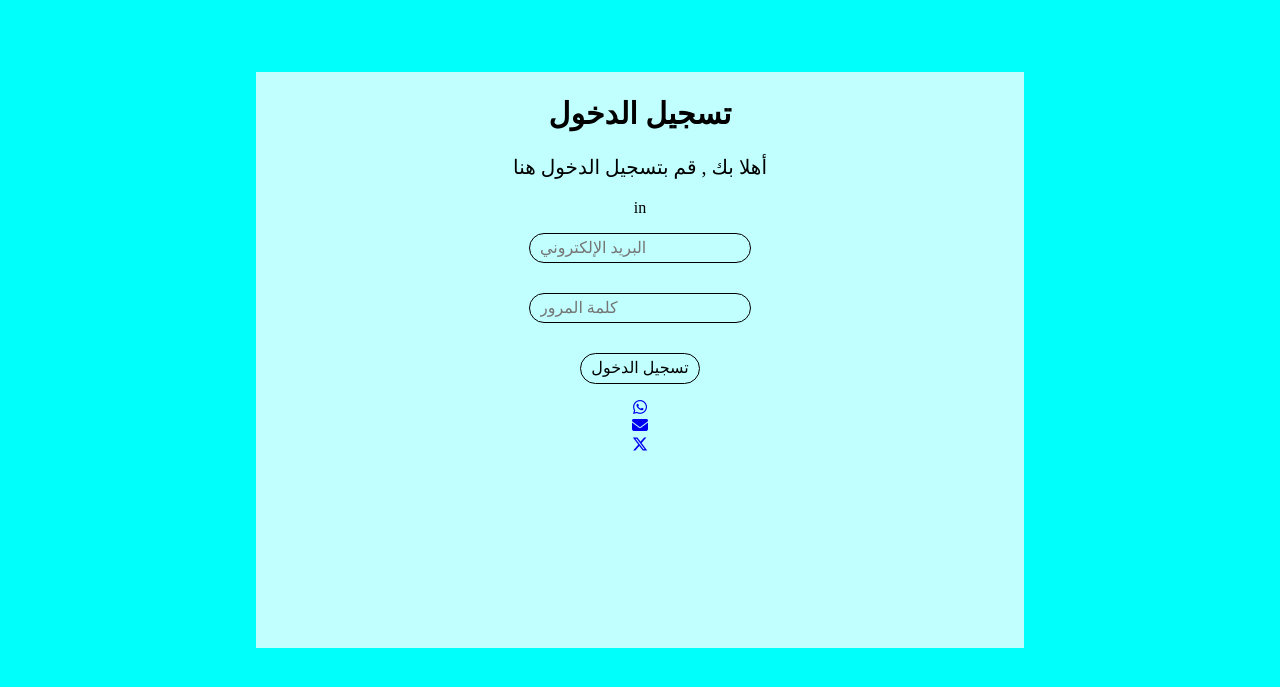
Repository: FaisalFahed/login-page
Page: html/صفحة تسجيل دخول.html
These files come from the project's save history. The page is drawn as it stood at one moment and after the next save; the edit follows.
The browser window is 1280 px wide. The pictures show the whole page.
Some web fonts or font styles are not loaded; a fallback is used.

Above is the page before, as saved 2025-04-01 08:32:37.

### html/صفحة تسجيل دخول.html
<!DOCTYPE html>
<html lang="en">
<head>
    <meta charset="UTF-8">
    <meta name="viewport" content="width=device-width, initial-scale=1.0">
    <link rel="stylesheet" href="css/normlaize.css">
    <link rel="stylesheet" href="../css/صفحة تسجيل دخول.css">
    <!-- Font Awesome -->
    <link rel="stylesheet" href="../css/all.min.css">
    <!-- Google Fonts -->
    <link rel="preconnect" href="https://fonts.googleapis.com">
    <link rel="preconnect" href="https://fonts.gstatic.com" crossorigin>
    <link href="https://fonts.googleapis.com/css2?family=Markazi+Text:wght@400..700&display=swap" rel="stylesheet">
    <title>Faisal | صفحة تسجيل دخول</title>
</head>
    <body>
        <div class="container">
            <div class="text">
                <h2>تسجيل الدخول</h2>
                <p>أهلا بك , قم بتسجيل الدخول هنا</p>
            </div>
            <div class="log-in">
                in
                <input type="email" placeholder="البريد الإلكتروني">
                <input type="password" placeholder="كلمة المرور">
                <input type="submit" value="تسجيل الدخول">
            </div>
            <div class="icons">
                <ul>
                    <li><a href="#"><i class="fa-brands fa-whatsapp"></i></a></li>
                    <li><a href="#"><i class="fa-solid fa-envelope"></i></a></li>
                    <li><a href="#"><i class="fa-brands fa-x-twitter"></i></a></li>
                </ul>
            </div>
        </div>
    </body>
</html>

### css/normlaize.css
/*! normalize.css v8.0.1 | MIT License | github.com/necolas/normalize.css */

/* Document
   ========================================================================== */

/**
 * 1. Correct the line height in all browsers.
 * 2. Prevent adjustments of font size after orientation changes in iOS.
 */

 html {
  line-height: 1.15; /* 1 */
  -webkit-text-size-adjust: 100%; /* 2 */
}

/* Sections
   ========================================================================== */

/**
 * Remove the margin in all browsers.
 */

body {
  margin: 0;
}

/**
 * Render the `main` element consistently in IE.
 */

main {
  display: block;
}

/**
 * Correct the font size and margin on `h1` elements within `section` and
 * `article` contexts in Chrome, Firefox, and Safari.
 */

h1 {
  font-size: 2em;
  margin: 0.67em 0;
}

/* Grouping content
   ========================================================================== */

/**
 * 1. Add the correct box sizing in Firefox.
 * 2. Show the overflow in Edge and IE.
 */

hr {
  box-sizing: content-box; /* 1 */
  height: 0; /* 1 */
  overflow: visible; /* 2 */
}

/**
 * 1. Correct the inheritance and scaling of font size in all browsers.
 * 2. Correct the odd `em` font sizing in all browsers.
 */

pre {
  font-family: monospace, monospace; /* 1 */
  font-size: 1em; /* 2 */
}

/* Text-level semantics
   ========================================================================== */

/**
 * Remove the gray background on active links in IE 10.
 */

a {
  background-color: transparent;
}

/**
 * 1. Remove the bottom border in Chrome 57-
 * 2. Add the correct text decoration in Chrome, Edge, IE, Opera, and Safari.
 */

abbr[title] {
  border-bottom: none; /* 1 */
  text-decoration: underline; /* 2 */
  text-decoration: underline dotted; /* 2 */
}

/**
 * Add the correct font weight in Chrome, Edge, and Safari.
 */

b,
strong {
  font-weight: bolder;
}

/**
 * 1. Correct the inheritance and scaling of font size in all browsers.
 * 2. Correct the odd `em` font sizing in all browsers.
 */

code,
kbd,
samp {
  font-family: monospace, monospace; /* 1 */
  font-size: 1em; /* 2 */
}

/**
 * Add the correct font size in all browsers.
 */

small {
  font-size: 80%;
}

/**
 * Prevent `sub` and `sup` elements from affecting the line height in
 * all browsers.
 */

sub,
sup {
  font-size: 75%;
  line-height: 0;
  position: relative;
  vertical-align: baseline;
}

sub {
  bottom: -0.25em;
}

sup {
  top: -0.5em;
}

/* Embedded content
   ========================================================================== */

/**
 * Remove the border on images inside links in IE 10.
 */

img {
  border-style: none;
}

/* Forms
   ========================================================================== */

/**
 * 1. Change the font styles in all browsers.
 * 2. Remove the margin in Firefox and Safari.
 */

button,
input,
optgroup,
select,
textarea {
  font-family: inherit; /* 1 */
  font-size: 100%; /* 1 */
  line-height: 1.15; /* 1 */
  margin: 0; /* 2 */
}

/**
 * Show the overflow in IE.
 * 1. Show the overflow in Edge.
 */

button,
input { /* 1 */
  overflow: visible;
}

/**
 * Remove the inheritance of text transform in Edge, Firefox, and IE.
 * 1. Remove the inheritance of text transform in Firefox.
 */

button,
select { /* 1 */
  text-transform: none;
}

/**
 * Correct the inability to style clickable types in iOS and Safari.
 */

button,
[type="button"],
[type="reset"],
[type="submit"] {
  -webkit-appearance: button;
}

/**
 * Remove the inner border and padding in Firefox.
 */

button::-moz-focus-inner,
[type="button"]::-moz-focus-inner,
[type="reset"]::-moz-focus-inner,
[type="submit"]::-moz-focus-inner {
  border-style: none;
  padding: 0;
}

/**
 * Restore the focus styles unset by the previous rule.
 */

button:-moz-focusring,
[type="button"]:-moz-focusring,
[type="reset"]:-moz-focusring,
[type="submit"]:-moz-focusring {
  outline: 1px dotted ButtonText;
}

/**
 * Correct the padding in Firefox.
 */

fieldset {
  padding: 0.35em 0.75em 0.625em;
}

/**
 * 1. Correct the text wrapping in Edge and IE.
 * 2. Correct the color inheritance from `fieldset` elements in IE.
 * 3. Remove the padding so developers are not caught out when they zero out
 *    `fieldset` elements in all browsers.
 */

legend {
  box-sizing: border-box; /* 1 */
  color: inherit; /* 2 */
  display: table; /* 1 */
  max-width: 100%; /* 1 */
  padding: 0; /* 3 */
  white-space: normal; /* 1 */
}

/**
 * Add the correct vertical alignment in Chrome, Firefox, and Opera.
 */

progress {
  vertical-align: baseline;
}

/**
 * Remove the default vertical scrollbar in IE 10+.
 */

textarea {
  overflow: auto;
}

/**
 * 1. Add the correct box sizing in IE 10.
 * 2. Remove the padding in IE 10.
 */

[type="checkbox"],
[type="radio"] {
  box-sizing: border-box; /* 1 */
  padding: 0; /* 2 */
}

/**
 * Correct the cursor style of increment and decrement buttons in Chrome.
 */

[type="number"]::-webkit-inner-spin-button,
[type="number"]::-webkit-outer-spin-button {
  height: auto;
}

/**
 * 1. Correct the odd appearance in Chrome and Safari.
 * 2. Correct the outline style in Safari.
 */

[type="search"] {
  -webkit-appearance: textfield; /* 1 */
  outline-offset: -2px; /* 2 */
}

/**
 * Remove the inner padding in Chrome and Safari on macOS.
 */

[type="search"]::-webkit-search-decoration {
  -webkit-appearance: none;
}

/**
 * 1. Correct the inability to style clickable types in iOS and Safari.
 * 2. Change font properties to `inherit` in Safari.
 */

::-webkit-file-upload-button {
  -webkit-appearance: button; /* 1 */
  font: inherit; /* 2 */
}

/* Interactive
   ========================================================================== */

/*
 * Add the correct display in Edge, IE 10+, and Firefox.
 */

details {
  display: block;
}

/*
 * Add the correct display in all browsers.
 */

summary {
  display: list-item;
}

/* Misc
   ========================================================================== */

/**
 * Add the correct display in IE 10+.
 */

template {
  display: none;
}

/**
 * Add the correct display in IE 10.
 */

[hidden] {
  display: none;
}

### css/صفحة تسجيل دخول.css
*{
    box-sizing: border-box;
}

:root{
    --main-color: #ff1f1fd6;
    --main-color-alt: #1787E0;
    --main-transition-duration: 0.3s;
    --main-padding-top: 100px;
    --main-padding-bottom: 100px;
    --section-background: #ECECEC;
}

html{
    scroll-behavior: smooth;
}

body{
    font-family: "Markazi Text", serif;
    background-color: #00fffb;
    display: flex;
    width: 100vw;
    height: 100vh;
    justify-content: center;
    align-items: center;
}

a{
    text-decoration: none;
}

ul{
    list-style: none;
    padding: 0;
    margin: 0;
}

.container{
    padding-left: 15px;
    padding-right: 15px;
    margin-left: auto;
    margin-right: auto;
    background-color: rgba(255, 255, 255, 0.753);
    height: 80vh;
    width: 60vw;
    text-align: center;
}

.text{
    font-size: 20px;
}
.log-in{
    display: flex;
    flex-direction: column;
    align-items: center;
    justify-content: center;
}
.log-in input{
    border: none;
    outline: none;
    padding: 5px 10px;
    margin: 15px 0;
    background-color: transparent;
    border: 1px solid black;
    border-radius: 16px;
}


/* @media (min-width:768px){
    .container{
        width: 750px;
    }
}

@media (min-width:992px){
    .container{
        width: 970px;
    }
}

@media (min-width:1200px){
    .container{
        width: 1170px;
    }
} */

Loaded but not shown: css/all.min.css (library)

After the next save:
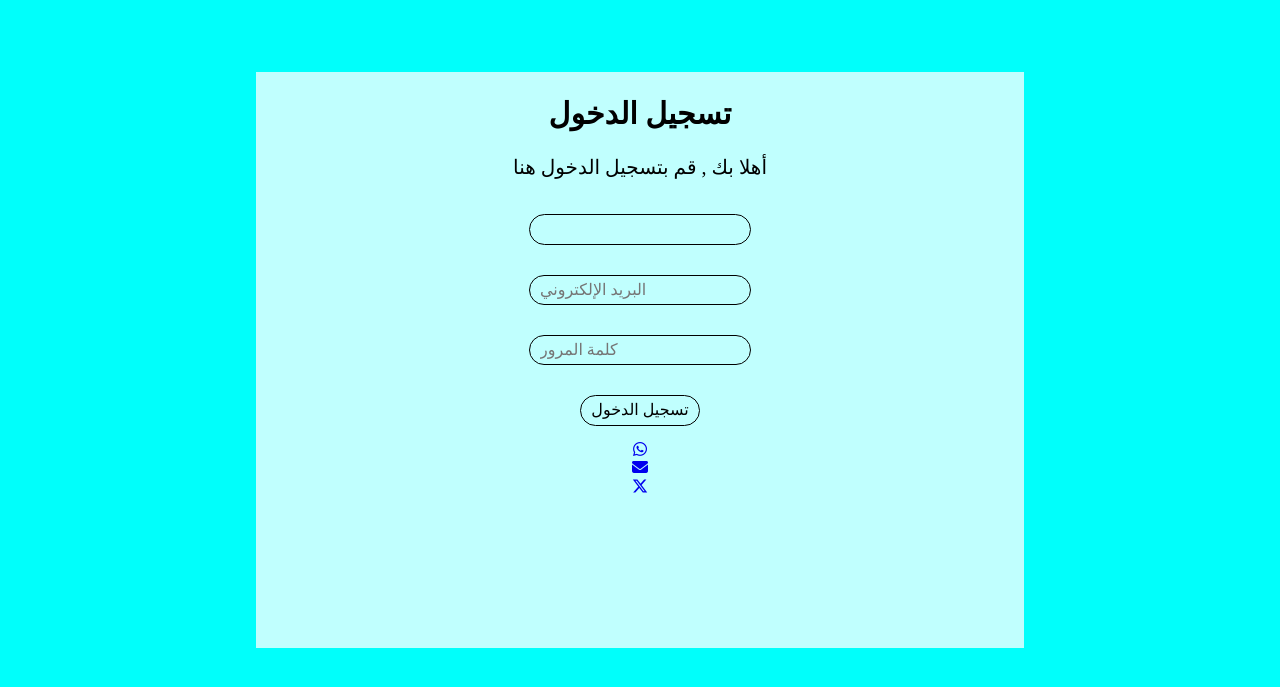
Saved 4 s later.
--- a/html/صفحة تسجيل دخول.html
+++ b/html/صفحة تسجيل دخول.html
@@ -20,7 +20,7 @@
                 <p>أهلا بك , قم بتسجيل الدخول هنا</p>
             </div>
             <div class="log-in">
-                in
+                <input type="text">
                 <input type="email" placeholder="البريد الإلكتروني">
                 <input type="password" placeholder="كلمة المرور">
                 <input type="submit" value="تسجيل الدخول">
